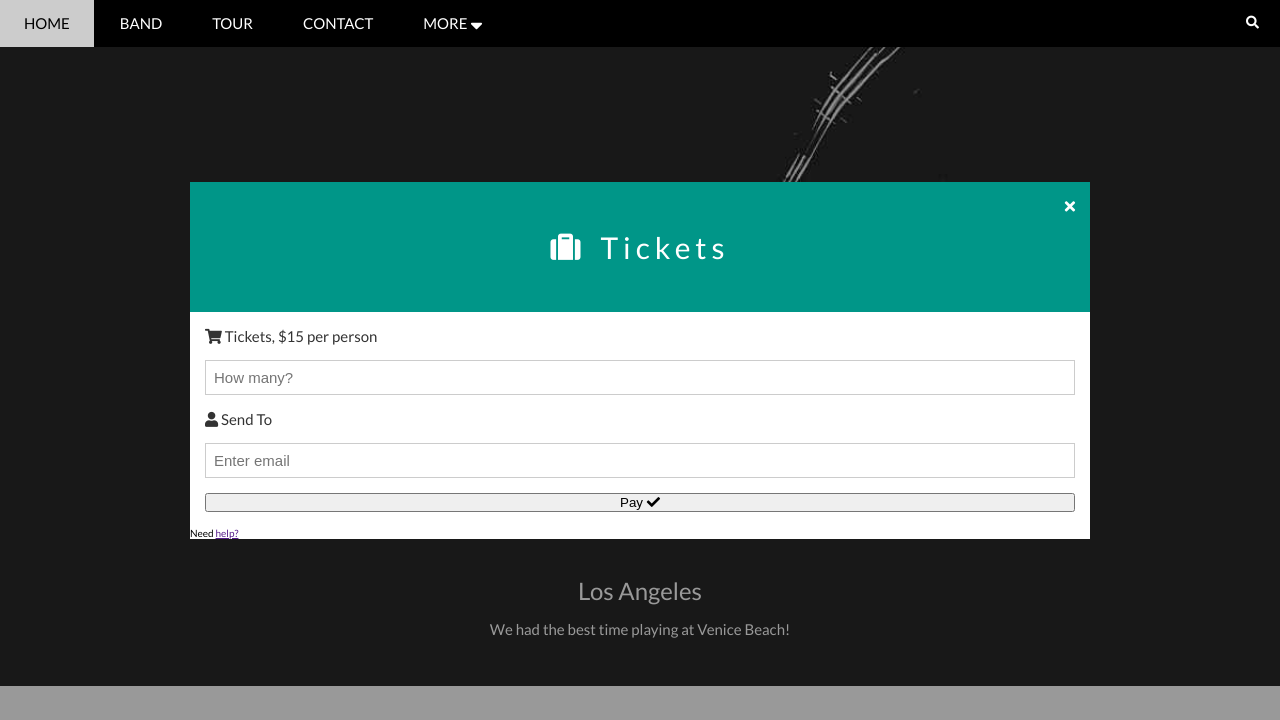
Repository: nguyenthaicong265/w3-band
Page: index.html
The author's editor kept a copy of each file at every save. The page is drawn from the files as they stood at one save, then again after the next save.
The browser window is 1280 px wide. The pictures show the window.
A layer covers the whole window, so only the first screen is drawn.

Above is the page before, as saved 2022-01-03 12:06:37.

After the next save:
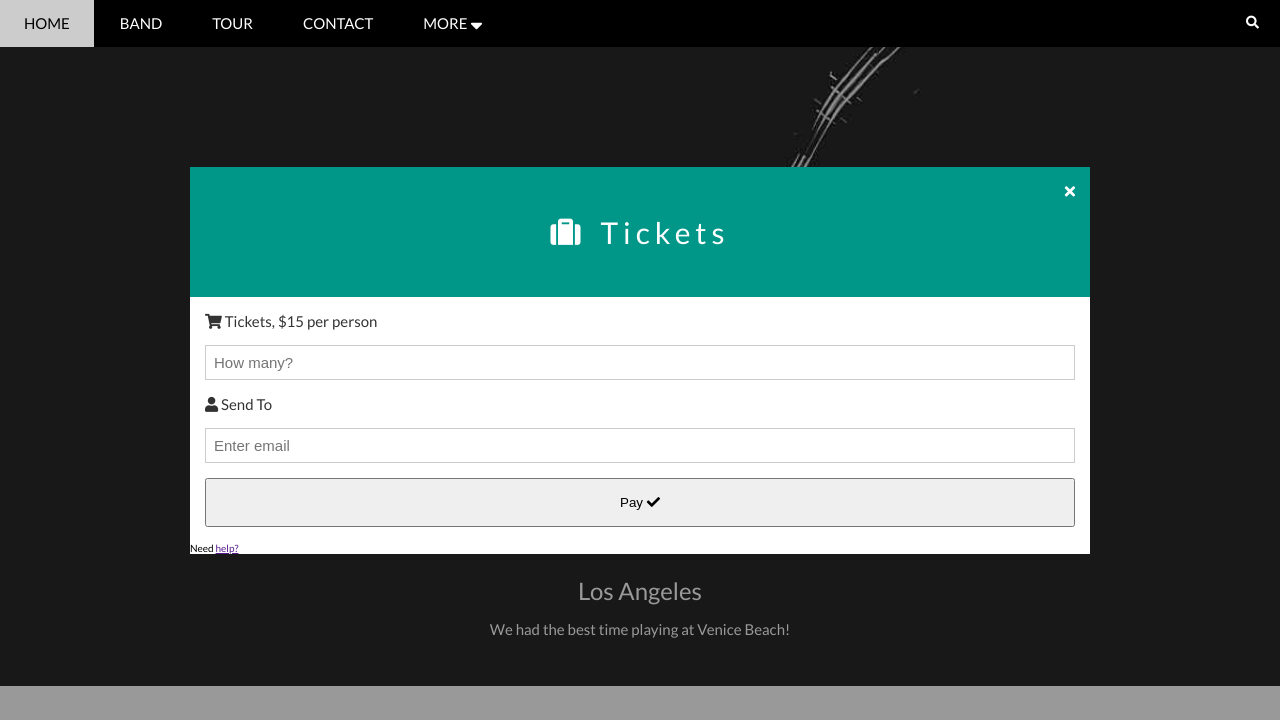
Saved 35 s later.
--- a/assets/css/styles.css
+++ b/assets/css/styles.css
@@ -375,5 +375,6 @@ html {
 }
 
 #buy-ticket {
-    width: 100%;
-}
+    padding: 15px;
+    width: 100%;
+}
